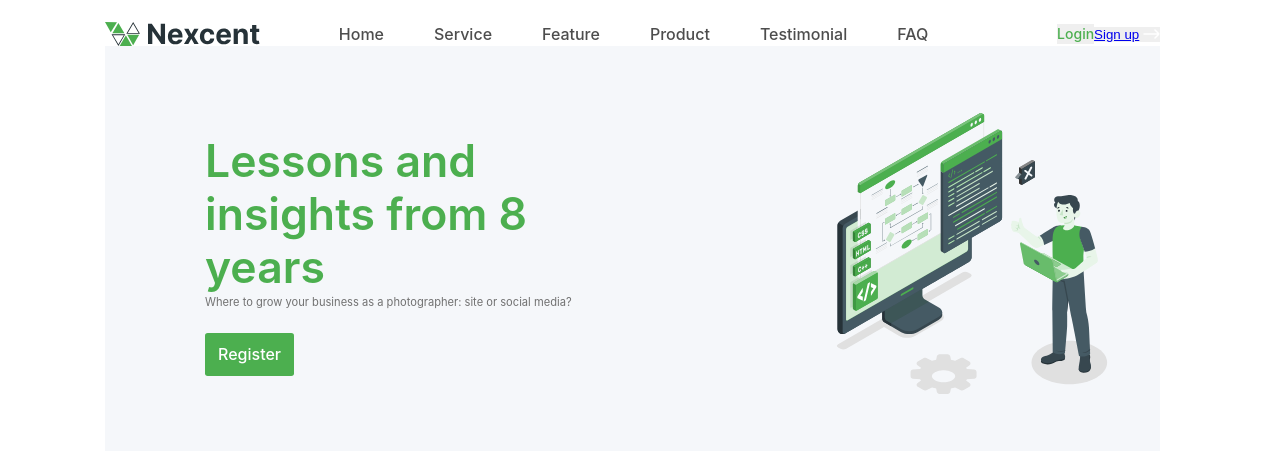
Repository: kubrazamanova/Folder4
Page: homePage/index.html
An editor plug-in stored every save of this project. The page is shown before and after the next save, followed by the edit.
The browser window is 1280 px wide. The pictures show the whole page.

Above is the page before, as saved 2023-11-11 11:39:17.

After the next save:
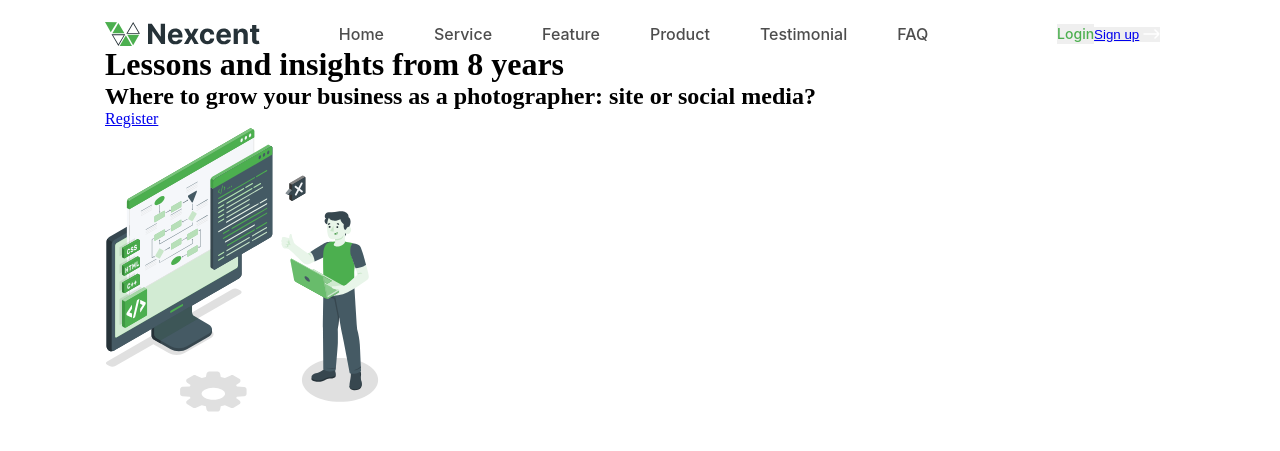
Saved 4 s later.
--- a/homePage/index.css
+++ b/homePage/index.css
@@ -54,6 +54,7 @@
 line-height: 20px; /* 142.857% */
 text-decoration: none;
 }
+.container nav .login-btn a{
 
 .container .box2 {
   display: flex;

After the save that followed:
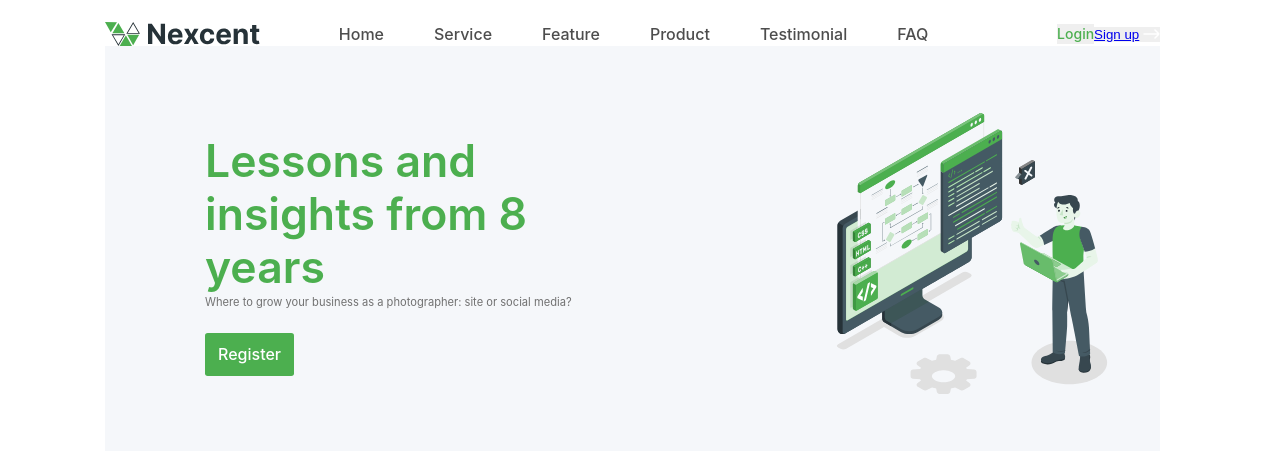
Saved 8 s later.
--- a/homePage/index.css
+++ b/homePage/index.css
@@ -54,7 +54,9 @@
 line-height: 20px; /* 142.857% */
 text-decoration: none;
 }
-.container nav .login-btn a{
+.container nav .signup-btn a{
+
+}
 
 .container .box2 {
   display: flex;
